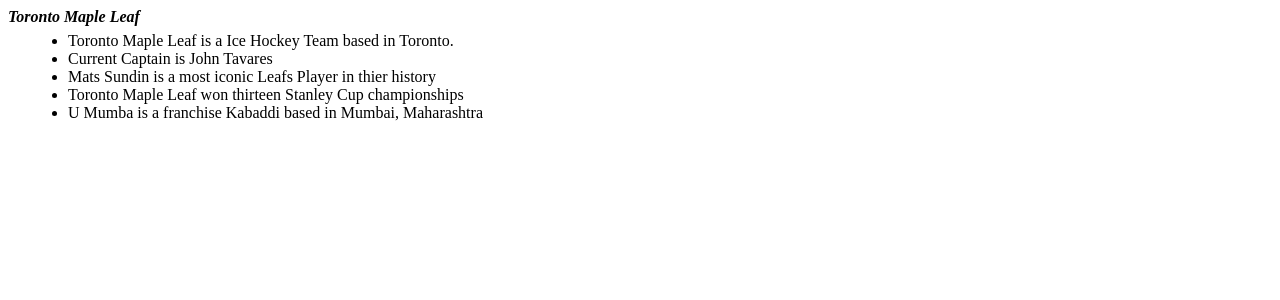
Repository: devanshudave1901/DevanshuDave_Sec002_ICE-05
Page: InfoFiles/torontoMapleLeaf.html
An editor plug-in stored every save of this project. The page is shown before and after the next save, followed by the edit.
The browser window is 1280 px wide. The pictures show the whole page.

Above is the page before, as saved 2022-03-20 21:24:33.

### InfoFiles/torontoMapleLeaf.html
<!DOCTYPE html>
<html>
<head>
<meta charset="utf-8">
<title>
</title>
</head>
<body>
<div>
<b><i>Toronto Maple Leaf</i></b><ul style="margin: 6px 0px 6px 20px; text-indent: 0pt;"> <li>Toronto Maple Leaf is a Ice Hockey Team based in Toronto.
<li >Current Captain is </b>John Tavares </li
><li >  Mats Sundin is a most iconic Leafs Player in thier history</li>
<li>Toronto Maple Leaf won  thirteen Stanley Cup championships</li>
<li>U Mumba is a franchise Kabaddi based in Mumbai, Maharashtra</li>
</div>
</body>
</html>

After the next save:
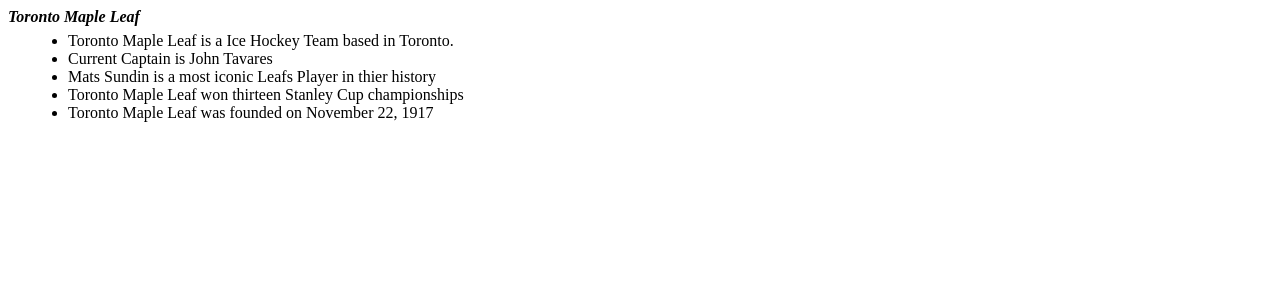
Saved 61 s later.
--- a/InfoFiles/torontoMapleLeaf.html
+++ b/InfoFiles/torontoMapleLeaf.html
@@ -11,7 +11,7 @@
 <li >Current Captain is </b>John Tavares </li
 ><li >  Mats Sundin is a most iconic Leafs Player in thier history</li>
 <li>Toronto Maple Leaf won  thirteen Stanley Cup championships</li>
-<li>U Mumba is a franchise Kabaddi based in Mumbai, Maharashtra</li>
+<li>Toronto Maple Leaf was founded on November 22, 1917</li>
 </div>
 </body>
 </html>
